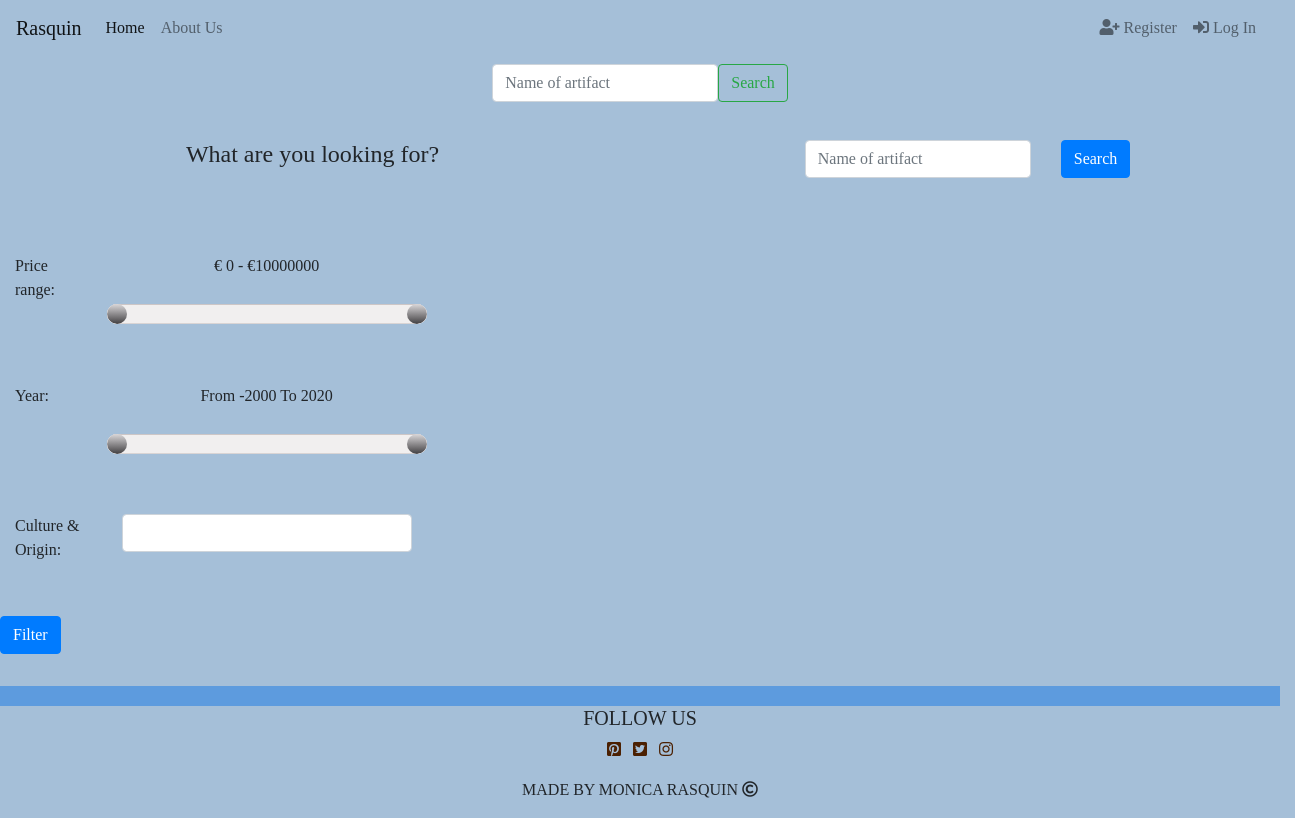
Repository: Rasquin/auction
Page: templates/base.html
The author's editor kept a record of every edit. The page is drawn from the files as they stood at one moment, then again after the next edit.
The browser window is 1280 px wide. The page is 1295 px wide, so the pictures cover 1295 px, including what lies to the right of the window. The pictures show the whole page.
The template is drawn by Django 2.2. The application's start-up code is not run. Other server files are loaded and not shown. The template is opened directly, without the code that normally fills it, so the values that code supplies are empty.

Above is the page before.

### templates/base.html
<!DOCTYPE html>

{% load staticfiles %}

<html lang="en">

<head>
    <meta charset="UTF-8">
    <meta name="viewport" content="width=device-width, initial-scale=1.0">
    <meta http-equiv="X-UA-Compatible" content="ie=edge">

    <!-- Bootstrap compiled and minified CSS -->
    <link rel="stylesheet" href="https://stackpath.bootstrapcdn.com/bootstrap/4.3.1/css/bootstrap.min.css" integrity="sha384-ggOyR0iXCbMQv3Xipma34MD+dH/1fQ784/j6cY/iJTQUOhcWr7x9JvoRxT2MZw1T" crossorigin="anonymous">

    <!-- Font Awesome compiled and minified CSS -->
    <link rel="stylesheet" href="{% static 'font-awesome/css/all.css' %}">



    <!-- Own CSS -->
    <link rel="stylesheet" href="{% static 'css/mystyle.css' %}" type="text/css" />


    <!-- Own Scripts -->
    <script type="text/javascript" src="{% static 'js/myscript.js' %}"></script>

    <title>{% block page_title %}{% endblock %}</title>

</head>


<body>
    <!-- NavBar area -->
    <nav class="navbar navbar-expand-lg navbar-light bg-light">
        <!-- NavBar Brand-->
        <a class="navbar-brand" href="#">Rasquin</a>
        <button class="navbar-toggler" type="button" data-toggle="collapse" data-target="#navbarSupportedContent" aria-controls="navbarSupportedContent" aria-expanded="false" aria-label="Toggle navigation">
            <span class="navbar-toggler-icon"></span>
        </button>

        <div class="collapse navbar-collapse" id="navbarSupportedContent">
            <!-- NavBar Home & ABout-->
            <ul class="navbar-nav mr-auto">
                <li class="nav-item active">
                    <a class="nav-link" href="{% url 'index' %}">Home <span class="sr-only">(current)</span></a>
                </li>
                <li class="nav-item">
                    <a class="nav-link" href="{% url 'about' %}">About Us</a>
                </li>

            </ul>
            <!-- NavBar User status-->
            <ul class="navbar-nav navbar-right">
                    {% if user.is_authenticated %}
                        <li class="nav-item">
                            <a class="nav-link" href="{% url 'profile' %}"><i class="fa fa-user"></i> Profile</a>
                        </li>
                        <li class="nav-item">
                            <a class="nav-link" href="{% url 'logout' %}"><i class="fa fa-sign-out-alt"></i> Log Out</a>
                        </li>
                        <li class="nav-item">
                            <a class="nav-link" href="{% url 'view_my_biddings' %}"><i class="fas fa-gavel"></i>My Biddings </a>
                        </li>
                    {%  else %}
                        <li class="nav-item">
                            <a class="nav-link" href="{% url 'register' %}"><i class="fa fa-user-plus"></i> Register</a>
                        </li>
                        <li class="nav-item">
                            <a class="nav-link" href="{% url 'login' %}"><i class="fa fa-sign-in-alt"></i> Log In</a>
                        </li>
                    {% endif %}
                </ul>
        </div>
    </nav>

    <!-- Search & Filter area -->

    <nav class="navbar navbar-light bg-light justify-content-center">

        <form action="{% url 'search_by_name' %}" method="get" class="form-inline ">
            {% csrf_token %}
            <input type="text" class="form-control" id="artifact_name" name="artifact_name" required placeholder="Name of artifact">
            <button class="btn btn-outline-success  my-2 my-sm-0" type="search">Search</button>
        </form>
    </nav>
    <!-- Search area -->
    <div class="row row-flex">
        <div class="col-12 col-md-6"><h4 class="text-center"> What are you looking for?</h4></div>
        <div class="col-12 col-md-6">
            <form action="{% url 'search_by_name' %}" method="get" class="col-12">
                    {% csrf_token %}
                    <div class="form-group">
                        <div class="row justify-content-center">
                            <div class="col-auto">
                                <input type="text" class="form-control" id="artifact_name" name="artifact_name" required placeholder="Name of artifact">
                            </div>
                            <div class="col-auto">
                                <button class="btn btn-primary" type="search">Search</button>
                            </div>
                        </div>
                    </div>
                </form>
        </div>
    </div>
    <!-- Filters -->

    <div class="row row-flex">
        <form action="{% url 'filters' %}" method="get" class="col-12">
            {% csrf_token %}
            <!-- Price Filter -->
            <div class="form-group row-flex" >
                <div class="col-12 col-md-3 col-lg-1">
                    <p><label for="amount">Price range:</label></p>
                </div>
                <div class="col-12 col-md-9 col-lg-3">
                    <section class="range-slider-price range-slider">
                        <span class="rangePriceValues rangeValues"></span>
                        <input value="0" min="0" max="10000000" step="2000" type="range" name="min_price">
                        <input value="10000000" min="0" max="10000000" step="2000" type="range" name="max_price">
                    </section>
                </div>
            </div>
            <!-- Year Filter -->
            <div class="form-group row-flex" >
                <div class="col-12 col-md-3 col-lg-1">
                    <p><label for="amount">Year:</label></p>
                </div>
                <div class="col-12 col-md-9 col-lg-3">
                    <section class="range-slider-year range-slider">

                        <span class="rangeYearValues"></span>
                        <input value="-2000" min="-2000" max="2020" step="20" type="range" name="min_year">
                        <input value="2020" min="-2000" max="2020" step="20" type="range" name="max_year">
                    </section>
                </div>
            </div>
            <!-- Origin Filter -->
            <div class="form-group row-flex" >
                <div class="col-12 col-md-3 col-lg-1">
                    <p><label for="origin">Culture & Origin:</label></p>
                </div>
                <div class="col-12 col-md-9 col-lg-3">
                    <input type="text" class="form-control" id="artifact_origin" name="artifact_origin">
                </div>
            </div>
            <!-- Filter Button -->
            <div class="form-group row-flex">
                <div class="row">
                    <div class="col-12 col-lg-1">
                        <p class="text-center">
                            <button class="btn btn-primary" type="search">Filter</button>
                        </p>
                    </div>
                </div>
            </div>

        </form>
    </div>


                {% block filter %}{% endblock %}

            </div>
        </div>
    </div>
    <!-- Messages area -->
{% if messages %}
<div class="alert alert-success">
        <div class="messages">
            {% for message in messages %}
                {{ message }}
            {% endfor %}
        </div>
    </div>
{% endif %}

    <!-- Content area -->
    <div class="container-general">

        <!-- Block content area -->
        <div class="container-fluid">
            {% block content %} {% endblock %}
        </div>

    </div>

    <!-- Footer area -->
    <footer class="container-fluid">


        <!-- SOCIAL MEDIA-->
        <div class="row ">
            <div class="col-12 text-center">
                <h5 class="text-uppercase">Follow Us</h5>
                <ul class="list-inline social-links">
                    <li class="list-inline-item"><a href="#"><i class="fab fa-pinterest-square"  aria-hidden="true"></i></a></li>
                    <li class="list-inline-item"><a href="#"><i class="fab fa-twitter-square" aria-hidden="true"></i></a></li>
                    <li class="list-inline-item"><a href="#"><i class="fab fa-instagram" aria-hidden="true"></i></a></li>
                </ul>
            </div>
        </div>

        <!--COPYRIGHT-->
        <div class="row ">
            <div class="col-12">

                <p class="text-center text-uppercase">Made by Monica Rasquin <i class="far fa-copyright"></i> </p>
            </div>
        </div>
    </footer>


    <!-- Bootstrap compiled and minified JavaScript -->
    <script src="https://code.jquery.com/jquery-3.3.1.slim.min.js" integrity="sha384-q8i/X+965DzO0rT7abK41JStQIAqVgRVzpbzo5smXKp4YfRvH+8abtTE1Pi6jizo" crossorigin="anonymous"></script>
    <script src="https://cdnjs.cloudflare.com/ajax/libs/popper.js/1.14.7/umd/popper.min.js" integrity="sha384-UO2eT0CpHqdSJQ6hJty5KVphtPhzWj9WO1clHTMGa3JDZwrnQq4sF86dIHNDz0W1" crossorigin="anonymous"></script>
    <script src="https://stackpath.bootstrapcdn.com/bootstrap/4.3.1/js/bootstrap.min.js" integrity="sha384-JjSmVgyd0p3pXB1rRibZUAYoIIy6OrQ6VrjIEaFf/nJGzIxFDsf4x0xIM+B07jRM" crossorigin="anonymous"></script>
    {% block head_js %} {% endblock %}

</body>
</html>

### static/js/myscript.js
//--------------------------------------Slider for Prices filter
function getPriceVals() {
    // Get slider price values
    var parent = this.parentNode;
    var slides = parent.getElementsByTagName("input");
    var slide1 = parseFloat(slides[0].value);
    var slide2 = parseFloat(slides[1].value);
    // Neither slider will clip the other, so make sure we determine which is larger
    if (slide1 > slide2) { var tmp = slide2;
        slide2 = slide1;
        slide1 = tmp; }

    var displayElement = parent.getElementsByClassName("rangePriceValues")[0];
    displayElement.innerHTML = "€ " + slide1 + " - €" + slide2;
}

//--------------------------------------Slider for Year filter
function getYearVals() {
    // Get Year slider values
    var parent = this.parentNode;
    var slides = parent.getElementsByTagName("input");
    var slide1 = parseFloat(slides[0].value);
    var slide2 = parseFloat(slides[1].value);
    // Neither slider will clip the other, so make sure we determine which is larger
    if (slide1 > slide2) { var tmp = slide2;
        slide2 = slide1;
        slide1 = tmp; }

    var displayElement = parent.getElementsByClassName("rangeYearValues")[0];
    displayElement.innerHTML = "From " + slide1 + " To " + slide2;
}

//----------------------------------------------- Initialize Sliders
window.onload = function() {
    // For Price
    var sliderSectionsPrice = document.getElementsByClassName("range-slider-price");
    for (var x = 0; x < sliderSectionsPrice.length; x++) {
        var slidersPrice = sliderSectionsPrice[x].getElementsByTagName("input");
        for (var y = 0; y < slidersPrice.length; y++) {
            if (slidersPrice[y].type === "range") {
                slidersPrice[y].oninput = getPriceVals;
                // Manually trigger event first time to display values
                slidersPrice[y].oninput();
            }
        }
    }
    // For Year
    var sliderSectionsYear = document.getElementsByClassName("range-slider-year");
    for (var x = 0; x < sliderSectionsYear.length; x++) {
        var slidersYear = sliderSectionsYear[x].getElementsByTagName("input");
        for (var y = 0; y < slidersYear.length; y++) {
            if (slidersYear[y].type === "range") {
                slidersYear[y].oninput = getYearVals;
                // Manually trigger event first time to display values
                slidersYear[y].oninput();
            }
        }
    }
}

Loaded but not shown: static/font-awesome/css/all.css (library); static/css/mystyle.css (common file)

After the next edit:
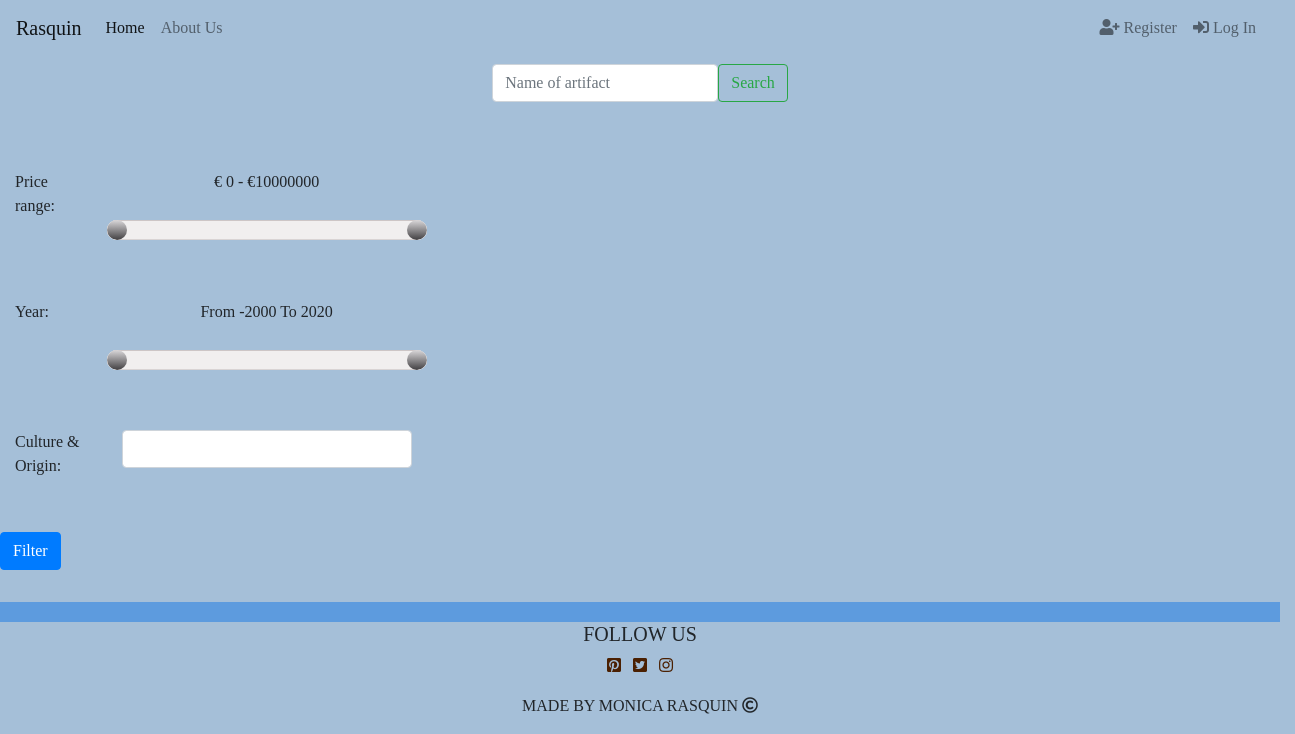
The edit:
--- a/templates/base.html
+++ b/templates/base.html
@@ -83,25 +83,8 @@
             <button class="btn btn-outline-success  my-2 my-sm-0" type="search">Search</button>
         </form>
     </nav>
-    <!-- Search area -->
-    <div class="row row-flex">
-        <div class="col-12 col-md-6"><h4 class="text-center"> What are you looking for?</h4></div>
-        <div class="col-12 col-md-6">
-            <form action="{% url 'search_by_name' %}" method="get" class="col-12">
-                    {% csrf_token %}
-                    <div class="form-group">
-                        <div class="row justify-content-center">
-                            <div class="col-auto">
-                                <input type="text" class="form-control" id="artifact_name" name="artifact_name" required placeholder="Name of artifact">
-                            </div>
-                            <div class="col-auto">
-                                <button class="btn btn-primary" type="search">Search</button>
-                            </div>
-                        </div>
-                    </div>
-                </form>
-        </div>
-    </div>
+
+
     <!-- Filters -->
 
     <div class="row row-flex">
